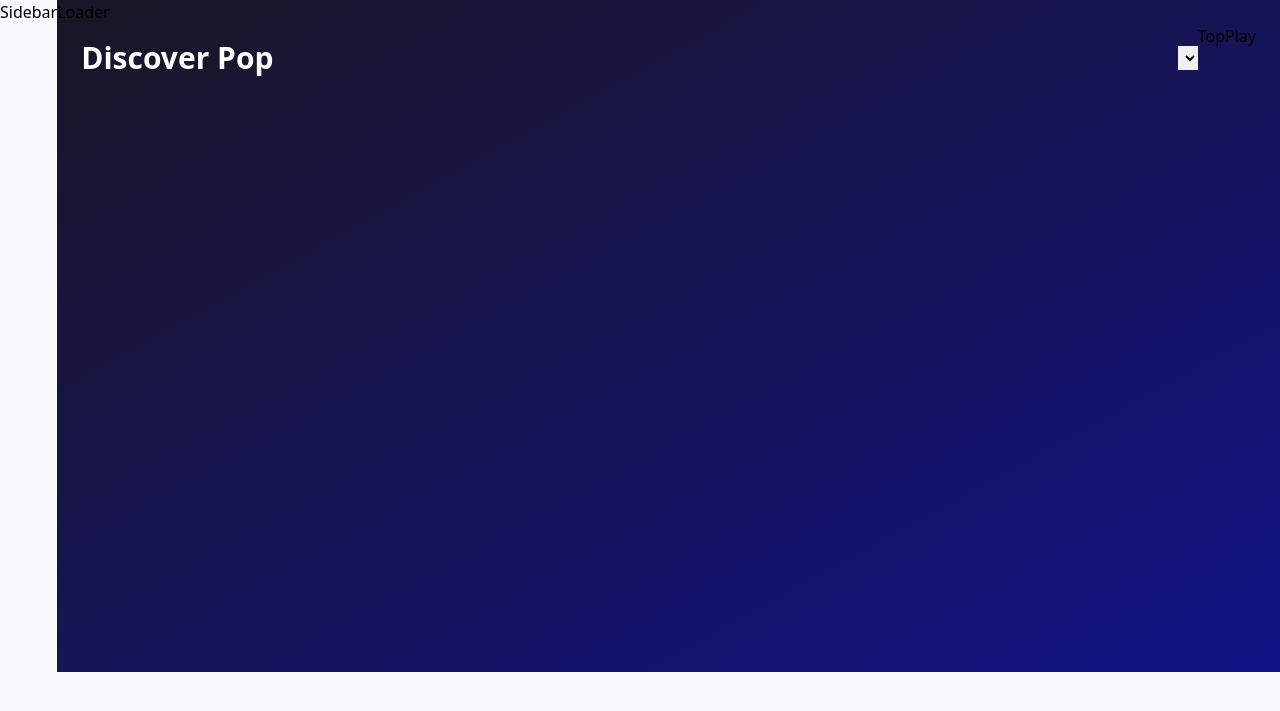
Repository: Goldmyn/GoldStarMusic
Page: /
These files come from the project's save history. The page is drawn as it stood at one moment and after a run of saves; the edit follows.
The browser window is 1280 px wide. The pictures show the whole page.
The project was rebuilt for these pictures with package versions that can differ from the ones it lists, and the page was loaded fresh each time. Also part of the build but not shown: vite.config.js, src/components/SongCard.jsx, src/components/ArtistCard.jsx, src/components/DetailsHeader.jsx, src/components/PlayPause.jsx, src/components/SongBar.jsx, src/components/RelatedSongs.jsx, src/components/MusicPlayer/Controls.jsx and 13 more.

Above is the page before, as saved 2022-09-30 12:53:41.

### src/redux/features/playerSlice.js
import { createSlice } from '@reduxjs/toolkit';

const initialState = {
  currentSongs: [],
  currentIndex: 0,
  isActive: false,
  isPlaying: false,
  activeSong: {},
  genreListId: '',
};

const playerSlice = createSlice({
  name: 'player',
  initialState,
  reducers: {
    setActiveSong: (state, action) => {
      state.activeSong = action.payload.song;

      if (action.payload?.data?.tracks?.hits) {
        state.currentSongs = action.payload.data.tracks.hits;
      } else if (action.payload?.data?.properties) {
        state.currentSongs = action.payload?.data?.tracks;
      } else {
        state.currentSongs = action.payload.data;
      }

      state.currentIndex = action.payload.i;
      state.isActive = true;
    },

    nextSong: (state, action) => {
      if (state.currentSongs[action.payload]?.track) {
        state.activeSong = state.currentSongs[action.payload]?.track;
      } else {
        state.activeSong = state.currentSongs[action.payload];
      }

      state.currentIndex = action.payload;
      state.isActive = true;
    },

    prevSong: (state, action) => {
      if (state.currentSongs[action.payload]?.track) {
        state.activeSong = state.currentSongs[action.payload]?.track;
      } else {
        state.activeSong = state.currentSongs[action.payload];
      }

      state.currentIndex = action.payload;
      state.isActive = true;
    },

    playPause: (state, action) => {
      state.isPlaying = action.payload;
    },

    selectGenreListId: (state, action) => {
      state.genreListId = action.payload;
    },
  },
});

export const { setActiveSong, nextSong, prevSong, playPause, selectGenreListId } = playerSlice.actions;

export default playerSlice.reducer;

### src/pages/Discover.jsx
import { Error, Loader, SongCard } from "../components";
import { genres } from "../assets/constants";

const Discover = () => {

    const genreTitle = "Pop";

    return (

        <div className="flex flex-col">
            <div className="w-full flex justify-between items-center sm:flex-row flex-col mt-4 mb-10">
                <h2 className="font-bold text-3xl text-white text-left">
                    Discover {genreTitle}
                </h2>
                <select className="">

                </select>
            </div>
        </div>
    );

};
export default Discover;

### src/assets/constants.js
import { HiOutlineHashtag, HiOutlineHome, HiOutlinePhotograph, HiOutlineUserGroup } from 'react-icons/hi';

export const genres = [
  { title: 'Pop', value: 'POP' },
  { title: 'Hip-Hop', value: 'HIP_HOP_RAP' },
  { title: 'Dance', value: 'DANCE' },
  { title: 'Electronic', value: 'ELECTRONIC' },
  { title: 'Soul', value: 'SOUL_RNB' },
  { title: 'Alternative', value: 'ALTERNATIVE' },
  { title: 'Rock', value: 'ROCK' },
  { title: 'Latin', value: 'LATIN' },
  { title: 'Film', value: 'FILM_TV' },
  { title: 'Country', value: 'COUNTRY' },
  { title: 'Worldwide', value: 'WORLDWIDE' },
  { title: 'Reggae', value: 'REGGAE_DANCE_HALL' },
  { title: 'House', value: 'HOUSE' },
  { title: 'K-Pop', value: 'K_POP' },
];

export const links = [
  { name: 'Discover', to: '/', icon: HiOutlineHome },
  { name: 'Around You', to: '/around-you', icon: HiOutlinePhotograph },
  { name: 'Top Artists', to: '/top-artists', icon: HiOutlineUserGroup },
  { name: 'Top Charts', to: '/top-charts', icon: HiOutlineHashtag },
];

Loaded but not shown: index.html (common file); src/index.jsx (common file); src/index.css (common file); src/App.jsx (common file); src/redux/store.js (common file); src/components/index.js (common file); src/pages/index.js (common file); src/components/Sidebar.jsx (common file); src/components/Searchbar.jsx (common file); src/components/TopPlay.jsx (common file); tailwind.config.js (common file)

After the next 2 saves:
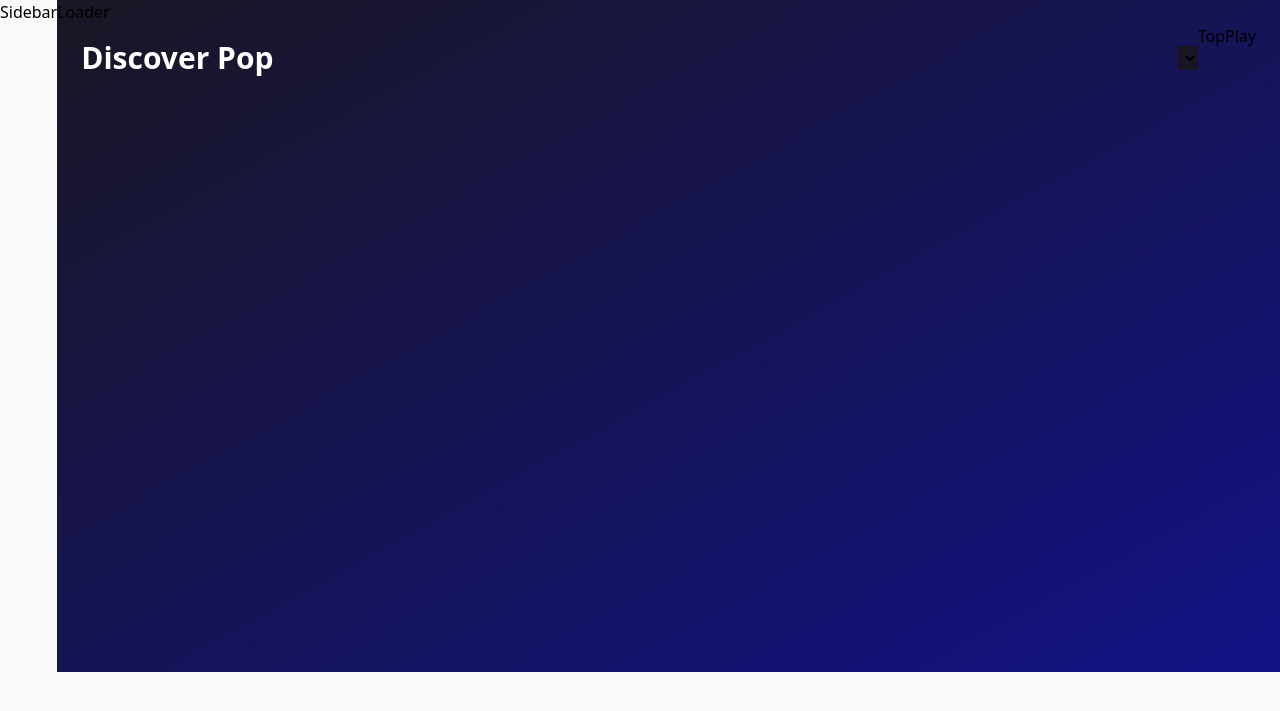
The 2 saves are shown as one change because they came seconds apart.
The last was saved 7 s later.
--- a/src/pages/Discover.jsx
+++ b/src/pages/Discover.jsx
@@ -12,7 +12,7 @@ const Discover = () => {
                 <h2 className="font-bold text-3xl text-white text-left">
                     Discover {genreTitle}
                 </h2>
-                <select className="">
+                <select className="bg-black ">
 
                 </select>
             </div>
